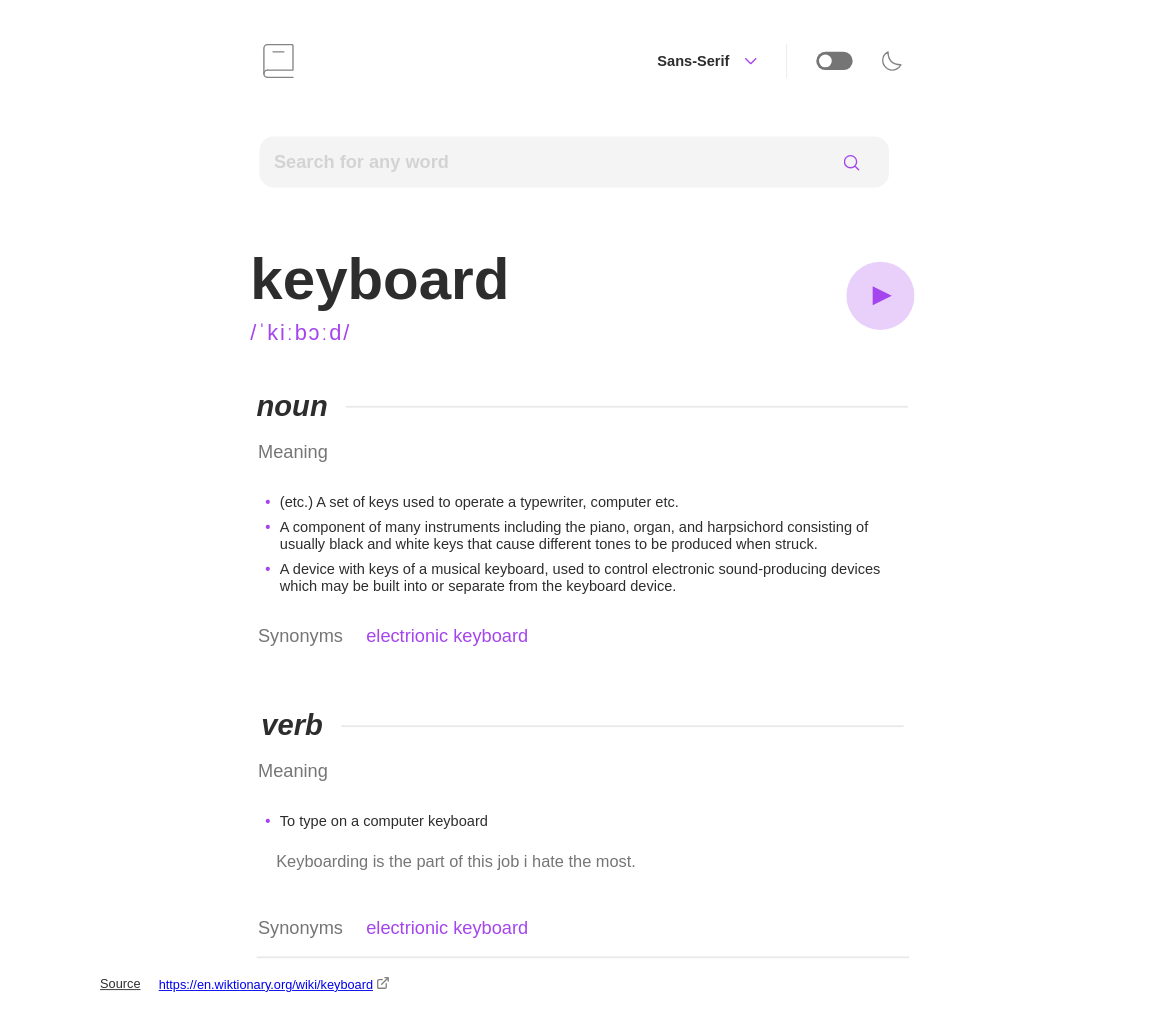
Repository: Arkitecth/dictionary-app
Page: index.html
The author's editor kept a copy of each file at every save. The page is drawn from the files as they stood at one save, then again after the next save.
The browser window is 1280 px wide. The pictures show the whole page, at 91% of full size.

Above is the page before, as saved 2023-07-22 16:23:19.

After the next save:
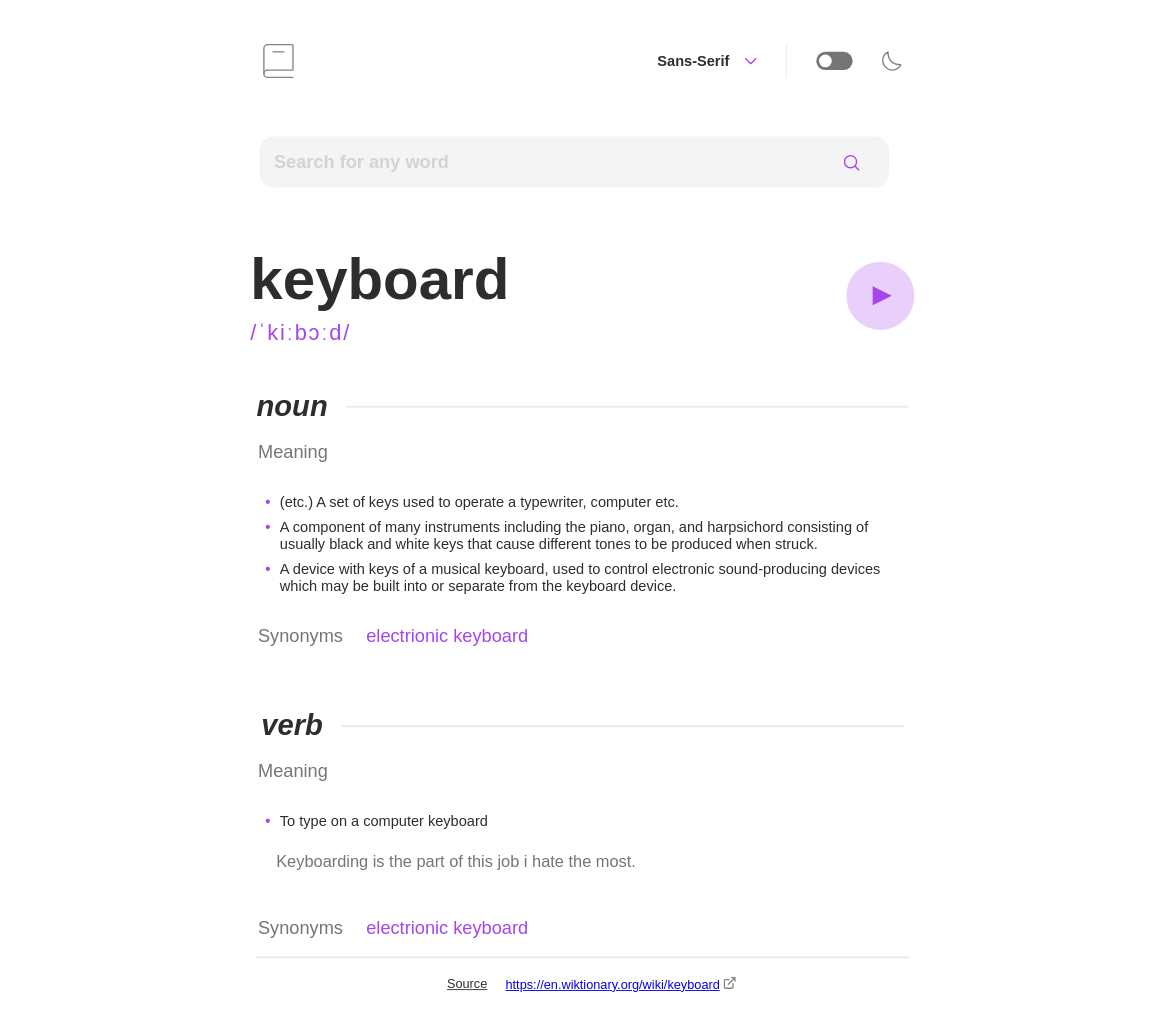
Saved 10 s later.
--- a/styles.css
+++ b/styles.css
@@ -272,7 +272,7 @@
     display: flex;
     padding: 20px 0;
     font-size: 14px;
-    align-content: center;
+    justify-content: center;
 }
 
 .source p {
